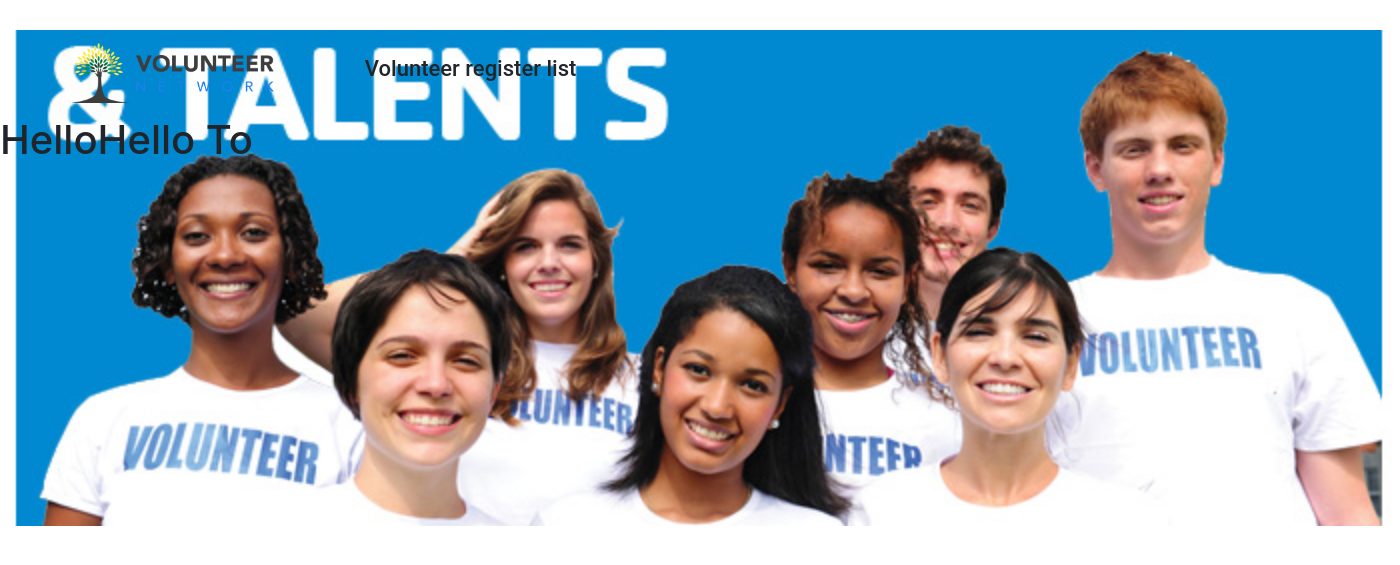
Repository: MdTahsinAmin/volunteer-network-client
Page: /adminPanel
These files come from the project's save history. The page is drawn as it stood at one moment and after the next save; the edit follows.
The browser window is 1280 px wide. The page is 1400 px wide, so the pictures cover 1400 px, including what lies to the right of the window. The pictures show the whole page.
The project was rebuilt for these pictures with package versions that can differ from the ones it lists, and the page was loaded fresh each time.

Above is the page before, as saved 2020-10-04 23:08:07.

### public/index.html
<!DOCTYPE html>
<html lang="en">
  <head>
    <meta charset="utf-8" />
    <link rel="icon" href="%PUBLIC_URL%/favicon.ico" />
    <meta name="viewport" content="width=device-width, initial-scale=1" />
    <meta name="theme-color" content="#000000" />
    <meta
      name="description"
      content="Web site created using create-react-app"
    />
    <link rel="apple-touch-icon" href="%PUBLIC_URL%/logo192.png" />
    <!--
      manifest.json provides metadata used when your web app is installed on a
      user's mobile device or desktop. See https://developers.google.com/web/fundamentals/web-app-manifest/
    -->
    <link rel="manifest" href="%PUBLIC_URL%/manifest.json" />
    <!--
      Notice the use of %PUBLIC_URL% in the tags above.
      It will be replaced with the URL of the `public` folder during the build.
      Only files inside the `public` folder can be referenced from the HTML.

      Unlike "/favicon.ico" or "favicon.ico", "%PUBLIC_URL%/favicon.ico" will
      work correctly both with client-side routing and a non-root public URL.
      Learn how to configure a non-root public URL by running `npm run build`.
    -->
    <title>Volunteer Network</title>
  </head>
  <body>
    <noscript>You need to enable JavaScript to run this app.</noscript>
    <div id="root"></div>
    <!--
      This HTML file is a template.
      If you open it directly in the browser, you will see an empty page.

      You can add webfonts, meta tags, or analytics to this file.
      The build step will place the bundled scripts into the <body> tag.

      To begin the development, run `npm start` or `yarn start`.
      To create a production bundle, use `npm run build` or `yarn build`.
    -->
  </body>
</html>

### src/App.js
import React from 'react';
import './App.css';
import Header from './components/Header/Header';
import {
  BrowserRouter as Router,
  Switch,
  Route,
  Link
} from "react-router-dom";
import AdminPanel from './components/AdminPanel/AdminPanel';
function App() {
  return (
    <div className="App">
     <Router>
      <Switch>
        <Route path ='/home'>
         <Header navbar={true}></Header>
        </Route>
        <Route path="/adminPanel">
           <div>
           <Header navbar={false}></Header>
           <AdminPanel/>
           </div>
        </Route>
        <Route exact path="/">
           <Header navbar={true}></Header>
        </Route>
      </Switch>
     </Router>
    </div>
  );
}

export default App;

### src/App.css
.App {
    background-image:url('./logos/Volunteer_Image.jpg');
    background-repeat: no-repeat;
    background-size: cover;
    background-position: center;
    width: 1400px;
    height: 496px;
    left: 1px;
    top: -1px;
}

.App-logo {
  height: 40vmin;
  pointer-events: none;
}

@media (prefers-reduced-motion: no-preference) {
  .App-logo {
    animation: App-logo-spin infinite 20s linear;
  }
}

.App-header {
  background-color: #282c34;
  min-height: 100vh;
  display: flex;
  flex-direction: column;
  align-items: center;
  justify-content: center;
  font-size: calc(10px + 2vmin);
  color: white;
}

.App-link {
  color: #61dafb;
}

@keyframes App-logo-spin {
  from {
    transform: rotate(0deg);
  }
  to {
    transform: rotate(360deg);
  }
}

### src/components/Header/Header.js
import React from 'react';
import { Link, useHistory } from 'react-router-dom';
import './Header.css'
import volunteerLogo from '../../logos/volunteer.png';
import { styled } from '@material-ui/core/styles';
import Button from '@material-ui/core/Button';

// Material Button

const MyButton = styled(Button)({
    background: 'linear-gradient(45deg, #3F90FC 30%, #3F90FC 90%)',
    border: 0,
    borderRadius: '6px',
    color: 'white',
    height: 48,
    padding: '14px 43px',
    marginRight:'15px',
    marginLeft:'9px',
    cursor:'pointer'
  });

  const AdminBtn = styled(Button)({
    background: 'linear-gradient(45deg, #434141 30%, #434141 90%)',
    border: 0,
    borderRadius: '6px',
    color: 'white',
    height: 48,
    padding: '14px 43px',
    marginRight:'15px',
    cursor:'pointer'
  })

const Header = (props) => {

    const history = useHistory();

    const handleAdminPanel = () =>{
         history.push('/adminPanel');
    }


    return (
      <div className="header">
          <div className={props.navbar ? "container" : 'adminPanel'}>
          <nav className="navbar navbar-expand-lg navbar-light">
            <Link to='/home' className="navbar-brand"><img className={props.navbar ?'volunteerLogo':'Logo'} src={volunteerLogo} alt=""/></Link>
            <button className="navbar-toggler" type="button" data-toggle="collapse" data-target="#navbarSupportedContent" aria-controls="navbarSupportedContent" aria-expanded="false" aria-label="Toggle navigation">
                <span className="navbar-toggler-icon"></span>
            </button>
            {
                !props.navbar && <h5 className="volunteer-list">Volunteer register list</h5>
            }
            {
                props.navbar &&  <div className="collapse navbar-collapse" id="navbarSupportedContent">
                <ul className="navbar-nav ml-auto">
                <li className="nav-item">
                    <Link className="nav-link item-nav">Home</Link>
                </li>
                <li className="nav-item">
                    <Link className="nav-link item-nav">Donation</Link>
                </li>
                <li className="nav-item">
                    <Link className="nav-link item-nav">Events</Link>
                </li>
                <li className="nav-item">
                    <Link className="nav-link item-nav">Blog</Link>
                </li>
                <li className="nav-item">
                    <MyButton>Register</MyButton>
                </li>
                <li className="nav-item">
                   <AdminBtn
                     onClick={handleAdminPanel}
                   >Admin
                   </AdminBtn>
                </li>
                </ul>
            </div>
            }
            </nav>
      </div>
   </div>
    );
};

export default Header;

### src/components/AdminPanel/AdminPanel.js
import React from 'react';
import './AdminPanel.css';
const AdminPanel = () => {
    return (
        <div className="adminPanel-section">
            <div className="section-panel">
                 <h1>Hello</h1>
            </div>
            <div className='Volunteer-list'>
                 <h1>Hello To </h1>
            </div>
        </div>
    );
};

export default AdminPanel;

### src/components/Header/Header.css
.volunteerLogo{
    width: 202.81px;
    height: 60px;
    left: 88px;
    top: 44px;
}
.header{
    margin-top: 30px;
}
.nav-link{
    font-family: Montserrat;
    font-style: normal;
    font-weight: 500;
    font-size: 20px;
    text-align: center;
    color: #0B0B0B;
}

### src/components/AdminPanel/AdminPanel.css
.adminPanel{
    margin-right:20px;
}
.Logo{
    width: 202.81px;
    height: 60px;
    left: 88px;
    top: 44px;
    margin-left:55px;
}
.volunteer-list{
    margin-left:75px;
    font-family: Roboto;
    font-style: normal;
    font-weight: 500;
    font-size: 22px;
}
.adminPanel-section{
    display:flex;
}
.Volunteer-list{
    width:75%;
}

Loaded but not shown: src/index.js (common file); src/index.css (common file); src/serviceWorker.js (common file)

After the next save:
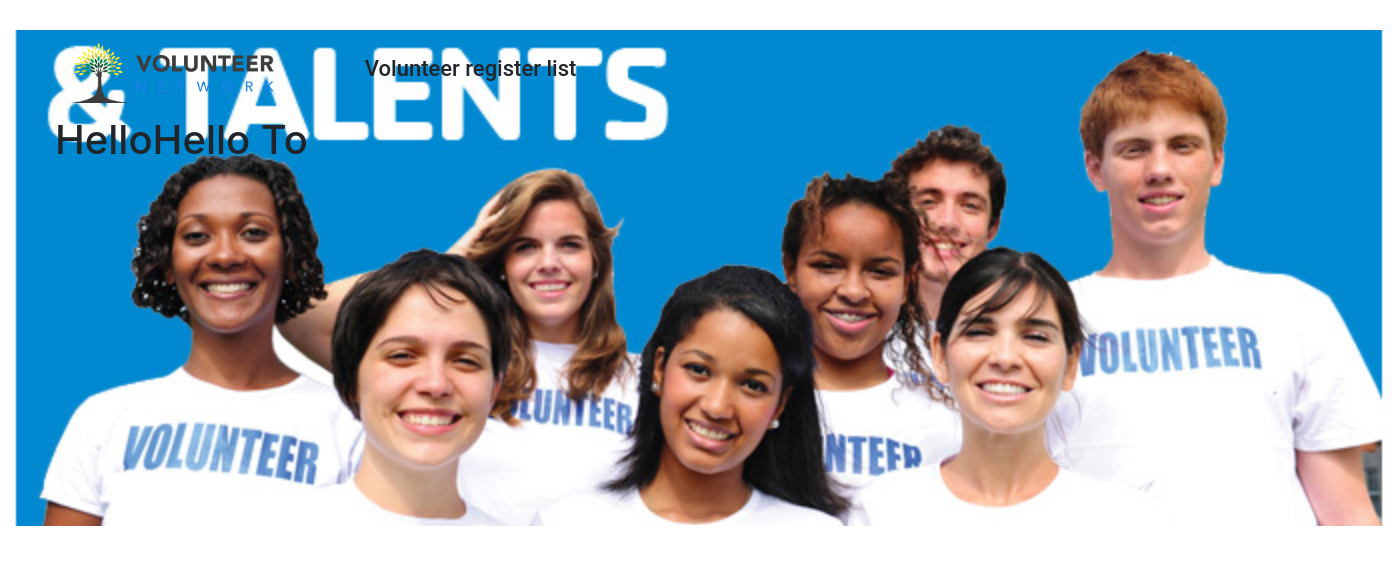
Saved 37 s later.
--- a/src/components/AdminPanel/AdminPanel.css
+++ b/src/components/AdminPanel/AdminPanel.css
@@ -18,6 +18,9 @@
 .adminPanel-section{
     display:flex;
 }
+.section-panel{
+    margin-left:55px;
+}
 .Volunteer-list{
     width:75%;
 }
